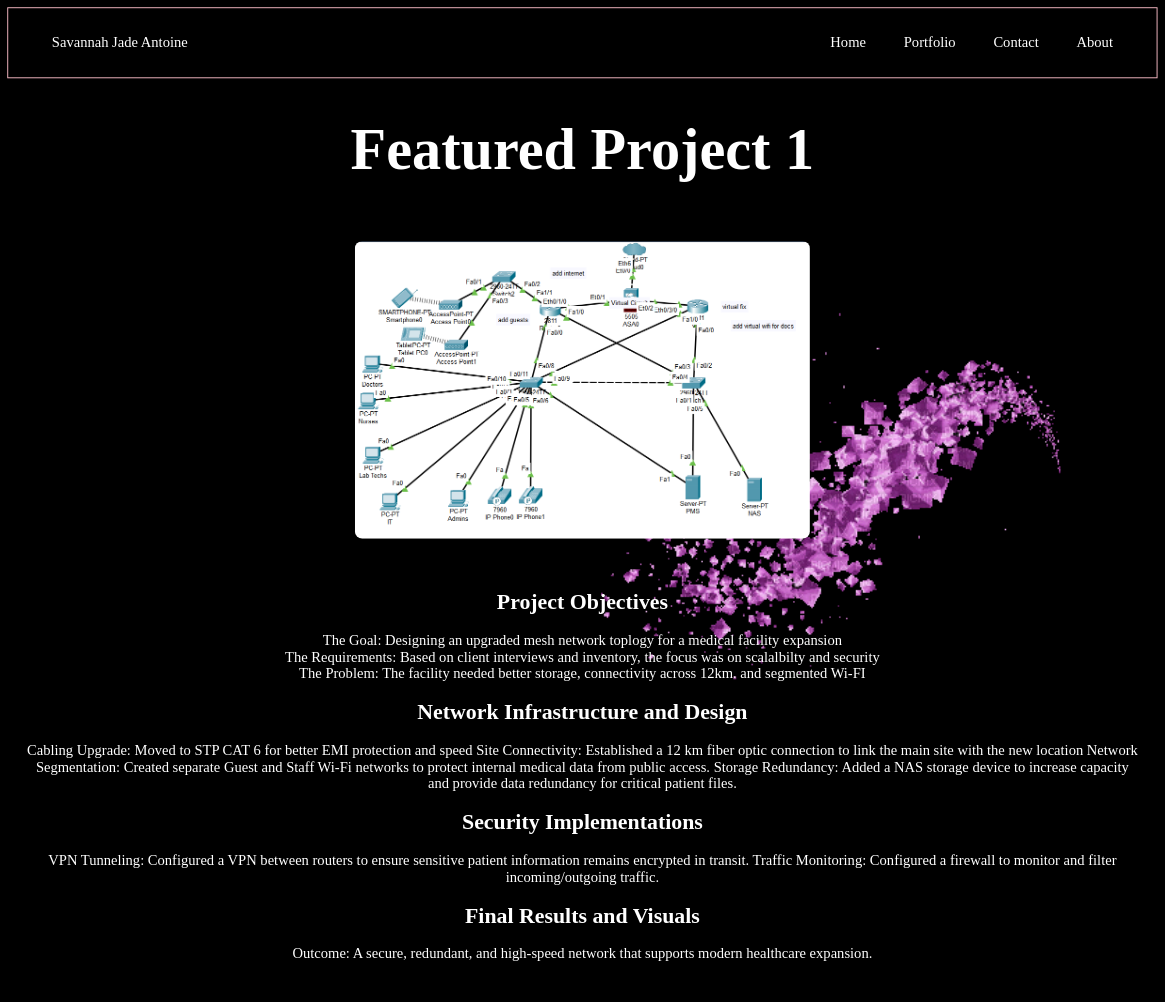
Repository: Savannah-Antoine/Savannah-Antoine
Page: pages/project-name-1.html
An editor plug-in stored every save of this project. The page is shown before and after the next save, followed by the edit.
The browser window is 1280 px wide. The pictures show the whole page, at 91% of full size.

Above is the page before, as saved 2026-05-15 15:37:15.

### pages/project-name-1.html
<!DOCTYPE html>
<html lang="en">
<head>
    <meta charset="UTF-8">
    <meta name="viewport" content="width=device-width, initial-scale=1.0">
    <link rel = "stylesheet" href = "../styles/page.css" />
    <link rel = "stylesheet" href = "../styles/globals.css" />
    <title>Document</title>
</head>
<body>
<header>
<nav>
        <ul class = "navigation">
  <li><a href="../index.html">Home</a></li>
  <li><a href="../pages/portfolioPage.html">Portfolio</a></li>
  <li><a href="../pages/contact.html">Contact</a></li>
  <li><a href="../pages/about.asp">About</a></li>
        </ul>

        <ul class = "homeButton">
           <li><a   href = "../index.html">Savannah Jade Antoine</a></li>
        </ul>
</nav>
    <h1>Featured Project 1</h1>
</header>
<main class = "container">


<div class = "project-visuals">
<img src = "../assets/images/Project1.png" alt = "First Portfolio placeholder image" />
</div>
<div class = "project-details">
<section>
<h2>Project Objectives</h2>
    <p>
        The Goal: Designing an upgraded mesh network toplogy for a medical facility expansion<br>
        The Requirements: Based on client interviews and inventory, the focus was on scalalbilty and security<br>
        The Problem: The facility needed better storage, connectivity across 12km. and segmented Wi-FI
    </p>
<h2>Network Infrastructure and Design</h2>
<p>
    Cabling Upgrade: Moved to STP CAT 6 for better EMI protection and speed
    Site Connectivity: Established a 12 km fiber optic connection to link the main site with the new location
    Network Segmentation: Created separate Guest and Staff Wi-Fi networks to protect internal medical data from public access.
     Storage Redundancy: Added a NAS storage device to increase capacity and provide data redundancy for critical patient files.
</p>


<h2>Security Implementations</h2>
<p>
VPN Tunneling: Configured a VPN between routers to ensure sensitive patient information remains encrypted in transit.

Traffic Monitoring: Configured a firewall to monitor and filter incoming/outgoing traffic.

</p>


<h2>Final Results and Visuals</h2>

<p>
    Outcome: A secure, redundant, and high-speed network that supports modern healthcare expansion.
</p>
</section>
</div>



</main>

</body>
</html>

### styles/page.css

.container{
  display: flex;
    flex-direction: column;
    align-items: left;
    gap: 2rem;
    padding: 1.2rem;

}




body h1{
    font-size: 2.5rem;

}


img {
    width: 100%;
    max-width: 500px; /* Increased slightly for detail */
    height: auto;
    border-radius: 8px;
}

### styles/globals.css
body {
    background-color: black;
  background-image: url(/assets/images/background-pic.gif);
  background-repeat: no-repeat;
  background-size: cover;
  color: white;
  font-size: 1rem;
  text-align: center;
}

.homeButton{
  order: -1;
  list-style-type: none;
  margin: 0;
  padding: 0;
  display: flex;
  justify-content: left;

}

.navigation {
    display: grid;
    grid-template-columns: repeat(2, 1fr);
    gap: 0.6rem;
    text-align: right;
}




nav {
    display: flex;
    justify-content: space-between;
    align-items: center;
    padding: 1rem 2rem;

    border: 0.1rem solid pink;
    cursor: pointer;


}



nav ul {
    display: flex;
    list-style: none;
    gap: 1rem;
    margin: 0;
    padding: 0;
}
button {
    padding: 0.7rem 1.2rem;
    background-color: transparent;
    color: white;
    border: 0.1rem solid pink;
    cursor: pointer;
    transition: all 0.3s ease;
    border-radius: 0.2rem;
    gap: 1rem;
}
button:hover {
    background-color: pink;
    color: rgb(31, 1, 31);
    transform: translateY(-3px);
    box-shadow: 0 0.3rem 1rem rgba(255, 255, 255, 0.3);
}

.infoButtons {
    display: flex;
    justify-content: center;
    gap: 1.5rem;
    margin-top: 1.4rem;
    min-width: 100px;
    padding: 0.7rem 0.9rem;
}

li a {
  display: block;
  color: white;
  padding: 0.8rem 1rem;
  text-decoration: none;
}

ul li a:hover {
 background-color: pink;
  color: rgb(31, 1, 31);
  box-shadow: 0 0.5rem 0.9rem rgba(255, 255, 255, 0.3)
}

h1{

  font-size: 4rem;
}

@media screen and (min-width: 768px)
{




    #AboutMe img {
        width: 300px;
        border-radius: 10px;
    }
   body h1 {
        font-size: 4rem;
    }
    .container {
        flex-direction: row;
        flex-wrap: wrap;
        align-items: flex-start;
        justify-content: space-around;
    }
    .project-card {
        width: 30%;
        width:300px;
        min-width: 250px;
        text-align: center;
    }
    .project-card img{
       width: 100%;
    height: 250px;
    object-fit: cover;
    object-position: top;
    border-radius: 0.5rem;


    }


    .navigation{
        display:flex;
    }

}


@media screen and (min-width: 1000px)
{
    .container {
        margin: 0 auto;
    }
    .aboutMe {
        flex-direction: row;
        justify-content: center;
        align-items: flex-start;
        text-align: left;
        gap: 4rem;

    }
    #AboutMe
    {
        padding: 50px 10%;
        text-align: center;
        align-items:center;
        justify-content: center;
      max-width: 1000px;
    }

}

After the next save:
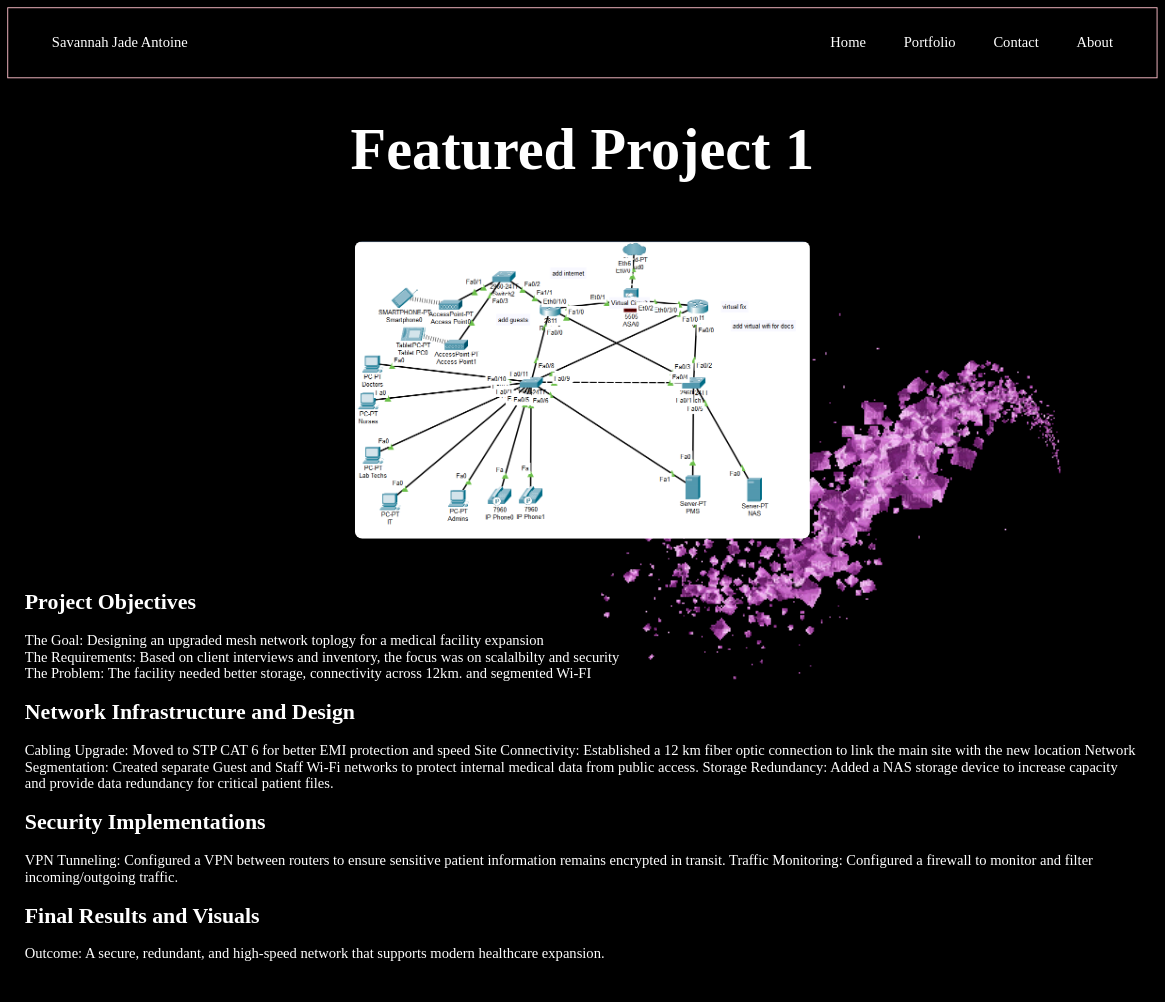
Saved 116 s later.
--- a/styles/page.css
+++ b/styles/page.css
@@ -8,7 +8,10 @@
 
 }
 
-
+.project-details{
+    text-align: left;
+    justify-content: center;
+}
 
 
 body h1{
